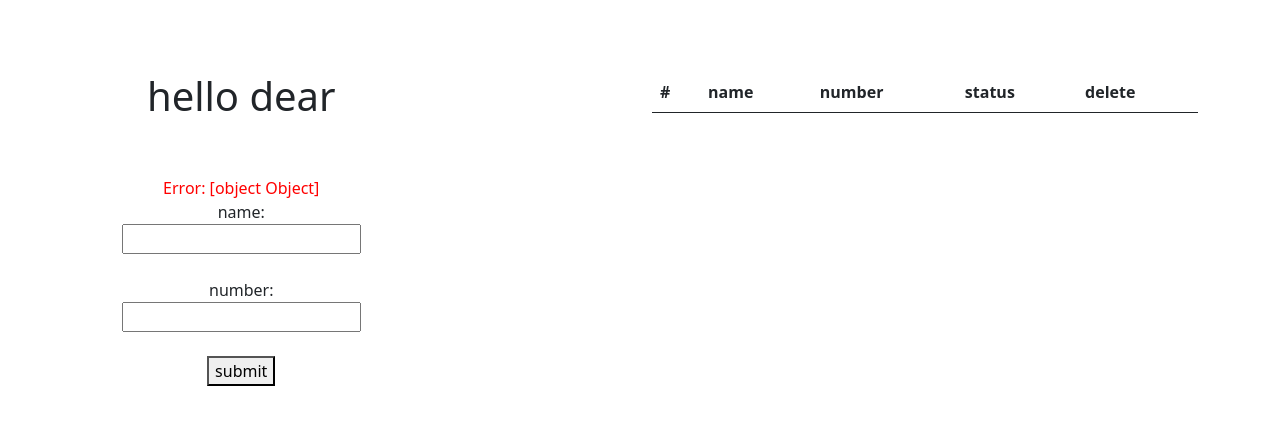
Repository: umangtalpara/ajax
Page: index.html
These files come from the project's save history. The page is drawn as it stood at one moment and after the next save; the edit follows.
The browser window is 1280 px wide. The pictures show the whole page.

Above is the page before, as saved 2021-07-08 11:28:12.

### index.html
<!DOCTYPE html>
<html lang="en">

<head>
    <meta charset="UTF-8">
    <meta http-equiv="X-UA-Compatible" content="IE=edge">
    <meta name="viewport" content="width=device-width, initial-scale=1.0">
    <title>ajax</title>
    <script src="https://code.jquery.com/jquery-3.6.0.js"
        integrity="sha256-H+K7U5CnXl1h5ywQfKtSj8PCmoN9aaq30gDh27Xc0jk=" crossorigin="anonymous"></script>
    <!-- CSS only -->
    <link href="https://cdn.jsdelivr.net/npm/bootstrap@5.0.2/dist/css/bootstrap.min.css" rel="stylesheet"
        integrity="sha384-EVSTQN3/azprG1Anm3QDgpJLIm9Nao0Yz1ztcQTwFspd3yD65VohhpuuCOmLASjC" crossorigin="anonymous">
    <!-- JavaScript Bundle with Popper -->
    <script src="https://cdn.jsdelivr.net/npm/bootstrap@5.0.2/dist/js/bootstrap.bundle.min.js"
        integrity="sha384-MrcW6ZMFYlzcLA8Nl+NtUVF0sA7MsXsP1UyJoMp4YLEuNSfAP+JcXn/tWtIaxVXM"
        crossorigin="anonymous"></script>
    <link rel="stylesheet" href="./ajax.css" />

</head>

<body>

    <div class="container">
        <div class="row">
            <div class="col">
                <div class="col-sm-7 text-center">
                    <form id="form" action="insert.php" method="POST">
                        <br><br><br>
                        <h1>hello dear</h1><br><br>
                        <div id="msg" style="color: red;"></div>
                        <label>name:</label><br>
                        <input type="text" id="name" /><br><br>
                        <label>number:</label><br>
                        <input type="text" id="number" /><br><br>
                        <button id="submit" type="submit"> submit</button>
                    </form>
                </div>
            </div>
            <div class="col">
                <div class="col-sm-7 text-center"></div>
                <table class="table">
                    <thead>
                        <br><br><br>
                        <tr>
                            <th scope="col">#</th>
                            <th scope="col">name</th>
                            <th scope="col">number</th>
                            <th scope="col">status</th>
                            <th scope="col">delete</th>
                        </tr>
                    </thead>
                    <tbody id="tbody">

                    </tbody>
                </table>
            </div>
        </div>
    </div>



    <script src="./ajax.js"></script>
</body>

</html>

### ajax.css
.float-container {
    border: 3px solid #fff;
    padding: 20px;
}

.float-child {
    width: 50%;
    float: left;
    padding: 20px;
    border: 2px solid red;
}

### ajax.js
$(document).ready(function(){

//code for data show
function showdata(){
    output="";
    $.ajax({
        url: "retrieve.php",
        method: "GET",
        // timeout: 10,
        dataType:'json',
        success:function(data){
            // console.log(data);
            if (data) {
                x = data;
            }else {
                x = "";
            }
            for(i=0; i<x.length; i++){
                output += "<tr><td>" + x[i].id + "</td><td>" + x[i].name + " </td><td> " + x[i].number + " </td><td> <button class='btn btn-danger btn-sm btn-status' data-sid=" + x[i].id+ " data-status=" + x[i].status+ " ></button> <button class='btn btn-danger btn-sm btn-delete' data-sid=" + x[i].id+ " >delete</button></td></tr> "
            }
            $("#tbody").html(output);

        },
        error: function (errorMessage) {
            $('#msg').append('Error: ' +errorMessage );
        }
    });
}
showdata();

 //code for data insert
$("#submit").click(function(e){
    e.preventDefault();
    console.log("submit button clicked");
    let nm = $("#name").val();
    let mn = $("#number").val();
    // console.log(nm);
    // console.log(mn);

    mydata = { name:nm, number:mn };
    // console.log(mydata);

    $.ajax({
        url: "insert.php",
        method: "POST",
        data: JSON.stringify(mydata),
        success: function(data){
            // console.log(data);
            msg ="<div class='alert alert-dark mt-3'>" + data + "</div>";
            $("#msg").html(msg);
            $('#form')[0].reset();
            showdata()
        },
    });
});

// delete code
$("tbody").on("click",".btn-delete",function(){
    console.log("delete button clicked");
    let id = $(this).attr("data-sid");
    console.log(id);
    mydata = {sid:id};
    $.ajax({
        url:"delete.php",
        method: "POST",
        data: JSON.stringify(mydata),
        success: function(data){
            // console.log(data);
            showdata()
            msg ="<div class='alert alert-dark mt-3'>" + data + "</div>";
            $("#msg").html(msg);
        },error: function (errorMessage) {
            $('#msg').append('Error: ' +errorMessage );
        }
    });
});

// status code
$("tbody").on("click",".btn-status",function(){
    console.log("status button clicked");
    let st = $(this).attr("data-status");
    let id = $(this).attr("data-sid");
    console.log(id);
    mydata = {sid:id , status:st};
    // console.log(mydata);
    $.ajax({
        url:"status.php",
        method: "POST",
        data: JSON.stringify(mydata),
        success: function(data){
            console.log(data);
            showdata()
            msg ="<div class='alert alert-dark mt-3'>" + data + "</div>";
            $("#msg").html(msg);
        },
        error: function (errorMessage) {
            $('#msg').append('Error: ' +errorMessage );
        }
    });
});

});

After the next save:
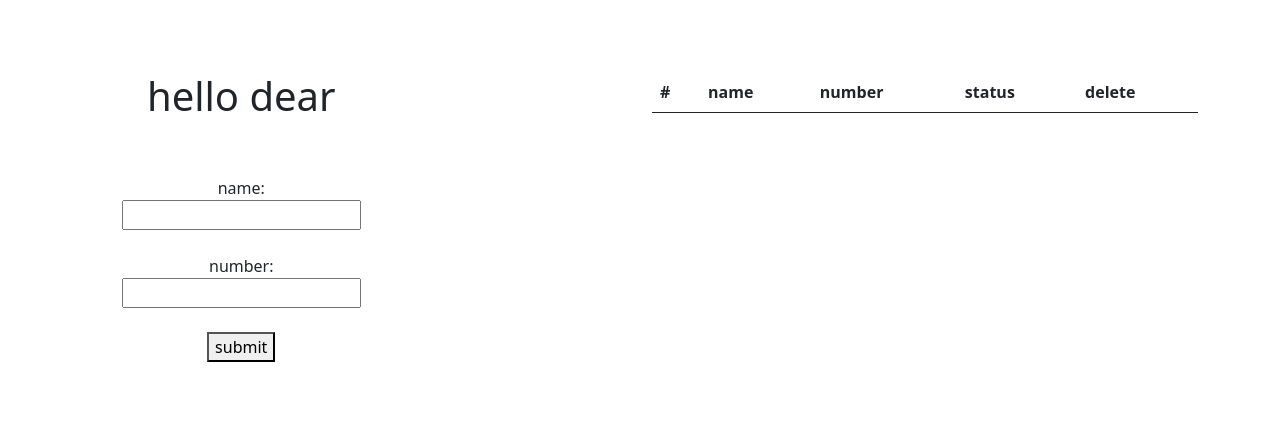
Console error: SyntaxError: Unexpected string
Saved 24 s later.
--- a/ajax.js
+++ b/ajax.js
@@ -16,7 +16,7 @@
                 x = "";
             }
             for(i=0; i<x.length; i++){
-                output += "<tr><td>" + x[i].id + "</td><td>" + x[i].name + " </td><td> " + x[i].number + " </td><td> <button class='btn btn-danger btn-sm btn-status' data-sid=" + x[i].id+ " data-status=" + x[i].status+ " ></button> <button class='btn btn-danger btn-sm btn-delete' data-sid=" + x[i].id+ " >delete</button></td></tr> "
+                output += "<tr><td>" + x[i].id + "</td><td>" + x[i].name + " </td><td> " + x[i].number + " </td><td> <button class='btn btn-danger btn-sm btn-status' data-sid=" + x[i].id+ " data-status=" + x[i].status+ " >{ "  " }</button> <button class='btn btn-danger btn-sm btn-delete' data-sid=" + x[i].id+ " >delete</button></td></tr> "
             }
             $("#tbody").html(output);
 

After the save that followed:
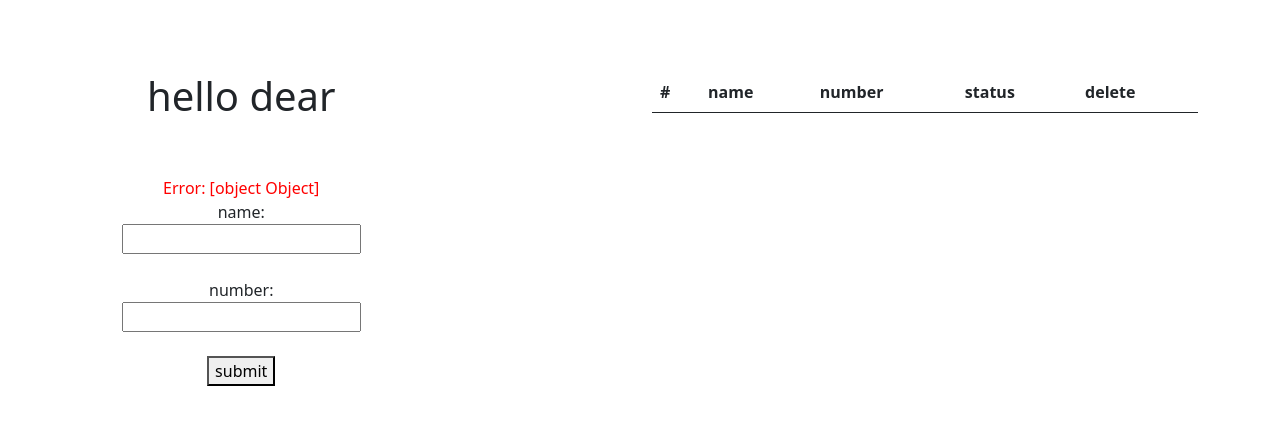
The error is gone.
Saved 28 s later.
--- a/ajax.js
+++ b/ajax.js
@@ -16,7 +16,7 @@
                 x = "";
             }
             for(i=0; i<x.length; i++){
-                output += "<tr><td>" + x[i].id + "</td><td>" + x[i].name + " </td><td> " + x[i].number + " </td><td> <button class='btn btn-danger btn-sm btn-status' data-sid=" + x[i].id+ " data-status=" + x[i].status+ " >{ "  " }</button> <button class='btn btn-danger btn-sm btn-delete' data-sid=" + x[i].id+ " >delete</button></td></tr> "
+                output += "<tr><td>" + x[i].id + "</td><td>" + x[i].name + " </td><td> " + x[i].number + " </td><td>  <button class='btn btn-danger btn-sm btn-delete' data-sid=" + x[i].id+ " >delete</button></td></tr> "
             }
             $("#tbody").html(output);
 
